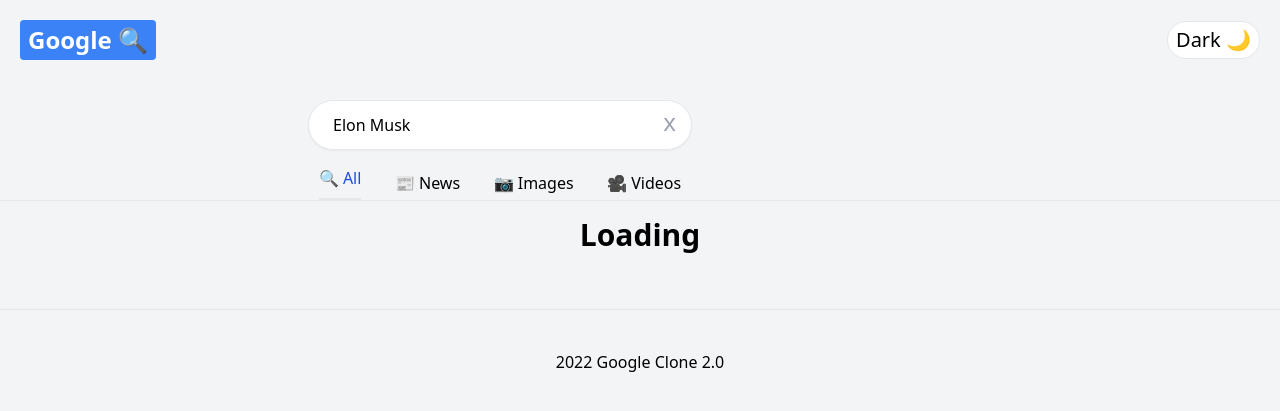
Repository: almaqdad55/google-search-clone-
Page: /
The author's editor kept a copy of each file at every save. The page is drawn from the files as they stood at one save, then again after the next save.
The browser window is 1280 px wide. The pictures show the whole page.
The page's requests for data from a server got no answer. The project was rebuilt for these pictures with package versions that can differ from the ones it lists, and the page was loaded fresh each time. No one was signed in, and anything a server would have sent is missing.

Above is the page before, as saved 2022-04-17 17:21:36.

### public/index.html
<!DOCTYPE html>
<html lang="en">
  <head>
    <meta charset="utf-8" />
    <link rel="icon" href="%PUBLIC_URL%/favicon.ico" />
    <meta name="viewport" content="width=device-width, initial-scale=1" />
    <meta name="theme-color" content="#000000" />
    <meta
      name="description"
      content="Web site created using create-react-app"
    />
    <link rel="apple-touch-icon" href="%PUBLIC_URL%/logo192.png" />

    <link rel="manifest" href="%PUBLIC_URL%/manifest.json" />

    <title>Google Search 2.0</title>
  </head>
  <body>
    <noscript>You need to enable JavaScript to run this app.</noscript>
    <div id="root"></div>

  </body>
</html>

### src/index.js
import React from 'react';
import ReactDOM from 'react-dom';
import { BrowserRouter as Router } from 'react-router-dom';
import { ResultContextProvider } from './contexts/ResultContextProvider';

import App from './App';
import './global.css';

ReactDOM.render(
  <ResultContextProvider>
    <Router>
      <App />
    </Router>
  </ResultContextProvider>,
  document.getElementById('root')
);

### src/contexts/ResultContextProvider.js
import React, { createContext, useContext, useState, useEffect } from 'react';

const ResultContext = createContext();

const baseURL = 'https://google-search3.p.rapidapi.com/api/v1';

export const ResultContextProvider = ({ children }) => {
  const [results, setResutls] = useState([]);
  const [loading, setLoading] = useState(false);
  const [searchTerm, setSearchTerm] = useState('');

  const getResults = async (url) => {
    setLoading(true);

    const response = await fetch(`${baseURL}${url}`, {
      method: 'GET',
      headers: {
        'X-User-Agent': 'desktop',
        'X-Proxy-Location': 'EU',
        'X-RapidAPI-Host': 'google-search3.p.rapidapi.com',
        'X-RapidAPI-Key': 'b65777db27msha2a2e5ffb41a5dfp1c5857jsn7c2a0d4305f0',
      },
    });

    const data = await response.json();
    console.log('DATA>>>>, ', data);

    if (url.includes('/news')) {
      setResutls(data.entries);
    } else if (url.includes('/image')) {
      setResutls(data.image_results);
    } else {
      setResutls(data.results);
    }

    setLoading(false);
  };

  return (
    <ResultContext.Provider
      value={{ getResults, results, searchTerm, setSearchTerm, loading }}
    >
      {children}
    </ResultContext.Provider>
  );
};

export const useResultContext = () => useContext(ResultContext);

### src/App.js
import React, { useState } from 'react';
import Navbar from './components/Navbar';
import Footer from './components/Footer';
import Routers from './components/Routers';

const App = () => {
  const [darkTheme, setDarkTheme] = useState(false);

  return (
    <div className={darkTheme ? 'dark' : ''}>
      <div className="bg-gray-100 dark:bg-gray-900 dark:text-gray-200 min-h-screen">
        <Navbar darkTheme={darkTheme} setDarkTheme={setDarkTheme} />
        <Routers />
        <Footer />
      </div>
    </div>
  );
};

export default App;

### src/components/Navbar.jsx
import React from 'react';
import { Link } from 'react-router-dom';
import Search from './Search';

const Navbar = ({ darkTheme, setDarkTheme }) => {
  return (
    <div
      className="p-5 pb-0 flex flex-wrap sm:justify-between
        justify-center items-center border-b drak:border-gray-700 border-gray-200"
    >
      <div className="flex justify-between items-center space-x-5 w-screen">
        <Link to="/">
          <p
            className="text-2xl bg-blue-500 font-bold text-white py-1 px-2 rounded
            dark:bg-gray-500 dark:text-gray-900"
          >
            Google 🔍
          </p>
        </Link>
        <button
          className="text-xl dark:bg-gray-50 dark:text-gray-900 bg-white border rounded-full px-2 py-1
          hover:shadow-lg"
          type="button"
          onClick={() => setDarkTheme(!darkTheme)}
        >
          {darkTheme ? 'Light 💡' : 'Dark 🌙'}
        </button>
      </div>
      <Search />
    </div>
  );
};

export default Navbar;

### src/components/Footer.jsx
import React from 'react';

const Footer = () => {
  return (
    <div
      className="text-center p-10 mt-10 border-t dark:border-gray-700 border-gray-200
  "
    >
      <h1>2022 Google Clone 2.0</h1>
    </div>
  );
};

export default Footer;

### src/components/Routers.jsx
import React from 'react';
import { render } from 'react-dom';
import { BrowserRouter, Routes, Route, Navigate } from 'react-router-dom';
import Results from './Results';

const Routers = () => {
  return (
    <div className="p-4">
      <Routes>
        <Route path="/">
          <Route path="/" element={<Navigate replace to="/search" />} />
        </Route>
        {['/search', '/image', '/news', '/video'].map((path) => (
          <Route key="Results" exact path={path} element={<Results />} />
        ))}
      </Routes>
    </div>
  );
};

export default Routers;

### src/components/Search.jsx
import React, { useEffect, useState } from 'react';
import Links from './Links';
import { useDebounce } from 'use-debounce';
import { useResultContext } from '../contexts/ResultContextProvider';

const Search = () => {
  const [text, setText] = useState('Elon Musk');
  const { setSearchTerm } = useResultContext();
  const [debouncedValue] = useDebounce(text, 300);

  useEffect(() => {
    if (debouncedValue) setSearchTerm(debouncedValue);
  }, [debouncedValue]);

  return (
    <div className="relative sm:ml-48 md:ml-72 sm:mt-10 mt-3">
      <input
        type="text"
        value={text}
        className="sm:w-96 w-80 h-10 dark:bg-gray-200 border rounded-full shadow-sm outline-none p-6
       text-black hover:shadow-lg"
        placeholder="Search Google clone "
        onChange={(e) => setText(e.target.value)}
      />
      {text !== '' && (
        <button
          type="button"
          className="absolute top-1.5 right-4 text-2xl text-gray-400 "
          onClick={() => setText('')}
        >
          x
        </button>
      )}
      <Links />
    </div>
  );
};

export default Search;

### src/components/Results.jsx
import React, { useEffect } from 'react';
import { useLocation } from 'react-router-dom';
import ReactPlayer from 'react-player';
import Loading from './Loading';

import { useResultContext } from '../contexts/ResultContextProvider';

const Results = () => {
  const { results, getResults, searchTerm, loading } = useResultContext();
  const location = useLocation(); // /news, /images, /videos

  useEffect(() => {
    if (searchTerm) {
      getResults(`${location.pathname}/q=${searchTerm}&num=40`);
    }
  }, [searchTerm, location.pathname]);

  if (loading) return <Loading />;

  switch (location.pathname) {
    case '/search':
      return (
        <div className="flex flex-wrap justify-between space-y-6 sm:px-56">
          {results?.map(({ link, title }, index) => (
            <div key={index} className="md:w-2/5 w-full">
              <a href={link} target="_blank" rel="noreferrer">
                <p className="text-sm">
                  {link.length > 30 ? link.substring(0, 30) : link}
                </p>

                <p className="text-lg hover:underline dark:text-blue-300 text-blue-700">
                  {title}
                </p>
              </a>
            </div>
          ))}
        </div>
      );

    case '/image':
      console.log('RETURN IMAGE>>>', results);
      return (
        <div className="flex flex-wrap justify-center items-center">
          {results?.map(({ image, link: { href, title } }, index) => (
            <a
              href={href}
              target="_blank"
              key={index}
              rel="noreferrer"
              className="sm:p-3 p-5"
            >
              <img src={image?.src} alt={title} loading="lazy" />
              <p className="sm:w-36 w-36 break-words text-sm mt-2">{title}</p>
            </a>
          ))}
        </div>
      );

    case '/news':
      return (
        <div className="flex flex-wrap justify-between space-y-6 sm:px-56 items-center">
          {results?.map(({ links, id, source, title }) => (
            <div key={id} className="md:w-2/5 w-full">
              <a
                href={links?.[0].href}
                target="_blank"
                rel="noreferrer"
                className="hover:underline"
              >
                <p className="text-lg  dark:text-blue-300 text-blue-700">
                  {title}
                </p>
              </a>
              <div className="flex gap-4 ">
                <a href={source?.href} arget="_blank" rel="noreferrer">
                  {source?.href}
                </a>
              </div>
            </div>
          ))}
        </div>
      );

    case '/video':
      console.log('Video Results >>>', results);
      return (
        <div className="flex flex-wrap">
          {results.map((video, index) => (
            <div key={index} className="p-2">
              <ReactPlayer
                url={video.additional_links?.[0].href}
                controls
                width="355px"
                height="200px"
              />
            </div>
          ))}
        </div>
      );

    default:
      return 'ERROR';
  }
};

export default Results;

### src/components/Links.jsx
import React from 'react';
import { NavLink } from 'react-router-dom';

const links = [
  { url: '/search', text: '🔍 All' },
  { url: '/news', text: '📰  News' },
  { url: '/image', text: '📷 Images' },
  { url: '/video', text: '🎥 Videos' },
];

const Links = () => {
  return (
    <div className="flex sm:justify-around justify-between items-center mt-4 space-x-3">
      {links.map(({ url, text }) => (
        <NavLink
          key={url}
          to={url}
          className={({ isActive }) =>
            isActive ? 'text-blue-700 border-b-2 dark:text-blue-700 pb-2' : ''
          }
        >
          {text}
        </NavLink>
      ))}
    </div>
  );
};

export default Links;

### src/components/Loading.jsx
import React from 'react';

const Loading = () => {
  return (
    <h1 className="flex justify-center items-center text-3xl font-extrabold">
      Loading
    </h1>
  );
};

export default Loading;

### tailwind.config.js
module.exports = {
  content: ['./src/**/*.{js,jsx,ts,tsx}'],
  darkMode: 'class',
  theme: {
    extend: {},
  },
  plugins: [],
};

Loaded but not shown: src/global.css (common file)

After the next save:
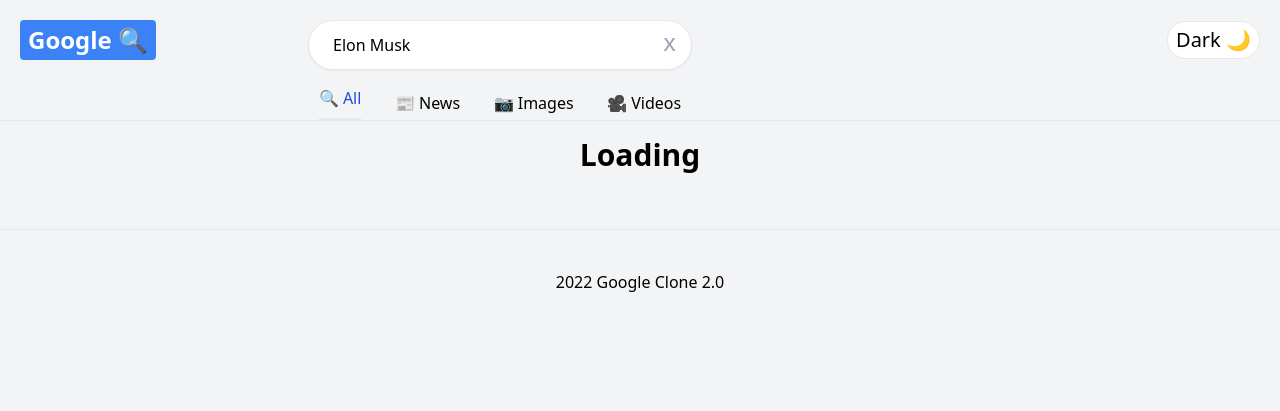
Saved 15 s later.
--- a/src/components/Search.jsx
+++ b/src/components/Search.jsx
@@ -13,7 +13,7 @@
   }, [debouncedValue]);
 
   return (
-    <div className="relative sm:ml-48 md:ml-72 sm:mt-10 mt-3">
+    <div className="relative sm:ml-48 md:ml-72 sm:-mt-10 mt-3">
       <input
         type="text"
         value={text}
